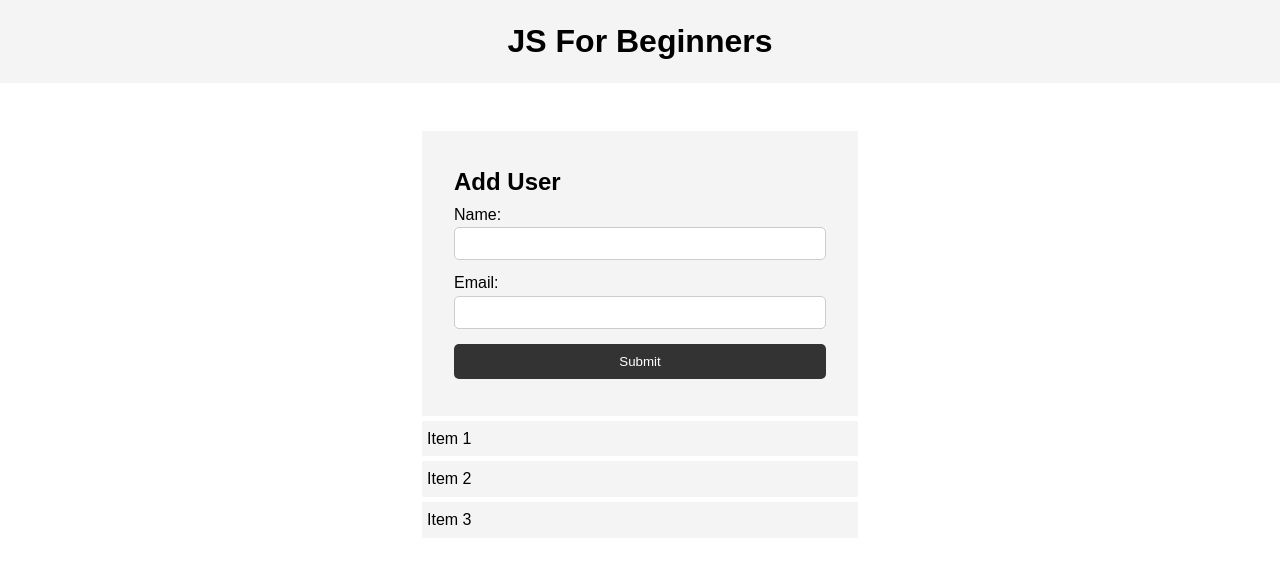
Repository: balkisys/FormationFullStackJS
Page: index.html
These files come from the project's save history. The page is drawn as it stood at one moment and after the next save; the edit follows.
The browser window is 1280 px wide. The pictures show the whole page.

Above is the page before, as saved 2021-03-20 12:21:23.

After the next save:
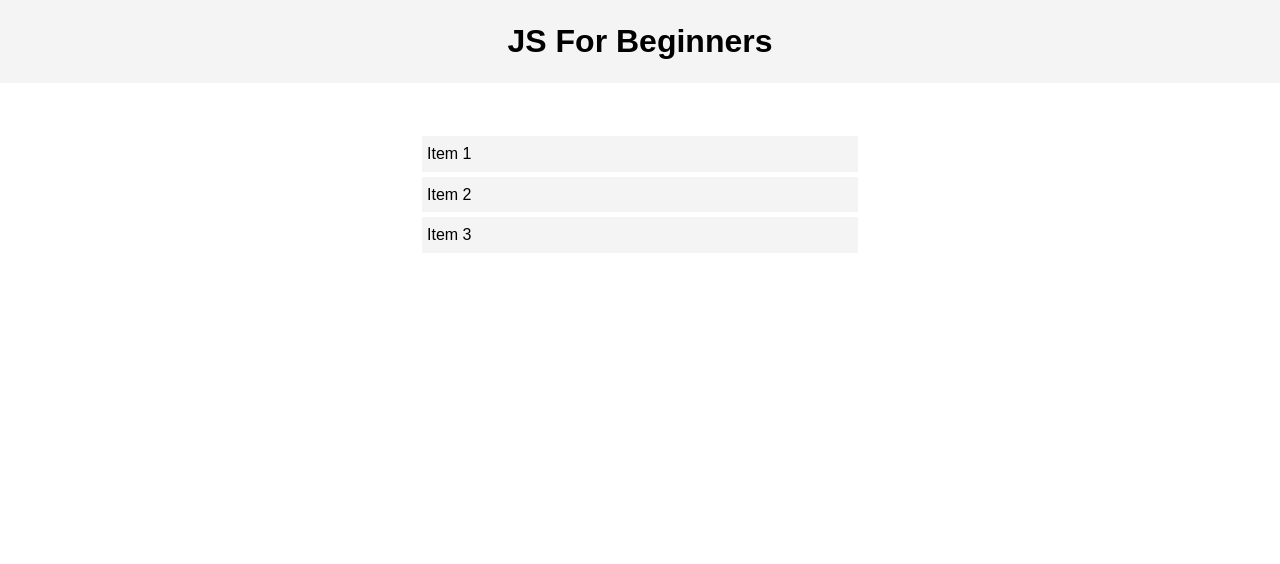
Saved 81 s later.
--- a/index.html
+++ b/index.html
@@ -13,19 +13,7 @@
     </header>
 
     <section class="container">
-      <form id="my-form">
-        <h1>Add User</h1>
-        <div class="msg"></div>
-        <div>
-          <label for="name">Name:</label>
-          <input type="text" id="name">
-        </div>
-        <div>
-          <label for="email">Email:</label>
-          <input type="text" id="email">
-        </div>
-        <input class="btn" type="submit" value="Submit">
-      </form>
+
 
       <ul id="users"></ul>
 

After the 2 saves that followed:
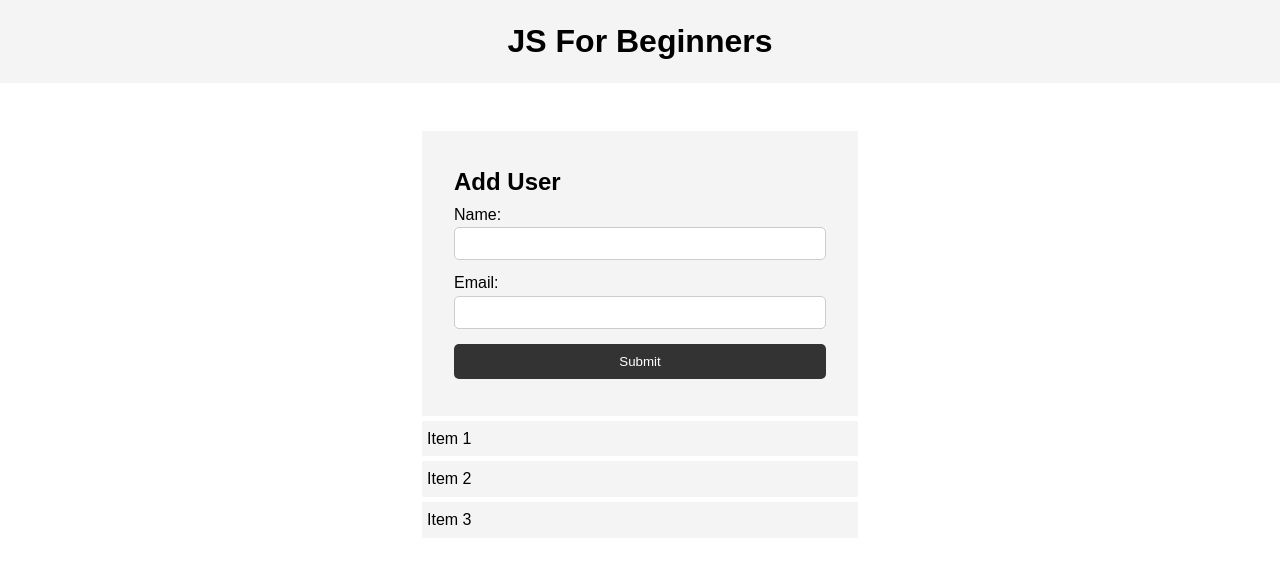
The 2 saves are shown as one change because 1 left the picture as it was.
The last was saved 14 s later.
--- a/index.html
+++ b/index.html
@@ -13,7 +13,19 @@
     </header>
 
     <section class="container">
-
+      <form id="my-form">
+        <h1>Add User</h1>
+        <div class="msg"></div>
+        <div>
+          <label for="name">Name:</label>
+          <input type="text" id="name">
+        </div>
+        <div>
+          <label for="email">Email:</label>
+          <input type="text" id="email">
+        </div>
+        <input class="btn" type="submit" value="Submit">
+      </form>
 
       <ul id="users"></ul>
 
--- a/test.js
+++ b/test.js
@@ -255,7 +255,7 @@ const todos = [
 // ------------------------------- DOM ---------------------- //
 
 // window object is the parent object of the browser
-window.alert('Hello');
+//window.alert('Hello');
 
 
 
